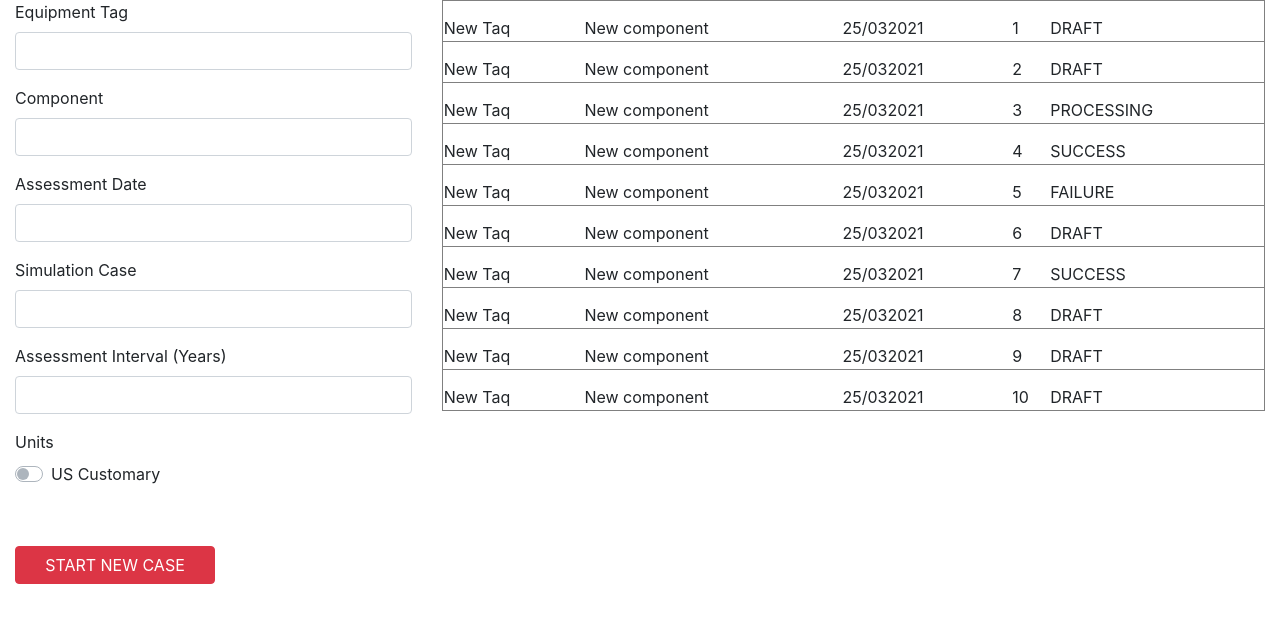
Repository: arif286/dashboard
Page: /
These files come from the project's save history. The page is drawn as it stood at one moment and after a run of saves; the edit follows.
The browser window is 1280 px wide. The pictures show the whole page.
The project was rebuilt for these pictures with package versions that can differ from the ones it lists, and the page was loaded fresh each time. The framework's server and built-in components were replaced by stand-ins that run in the browser. Also part of the build but not shown: nuxt.config.js, components/Nav.vue.

Above is the page before, as saved 2021-06-18 18:52:09.

### components/Form.vue
<template>
  <div>
    <form class="Assessment-input" action="">
      <div class="mb-3">
        <label for="Input1" class="form-label">Equipment Tag</label>
        <input id="Input1" type="text" class="form-control">
      </div>
      <div class="mb-3">
        <label for="Input2" class="form-label">Component</label>
        <input id="Input2" type="text" class="form-control">
      </div>
      <div class="mb-3">
        <label for="Input3" class="form-label">Assessment Date</label>
        <input id="Input3" type="text" class="form-control">
      </div>
      <div class="mb-3">
        <label for="Input4" class="form-label">Simulation Case</label>
        <input id="Input4" type="text" class="form-control">
      </div>
      <div class="mb-3">
        <label for="Input5" class="form-label">Assessment Interval (Years)</label>
        <input id="Input5" type="text" class="form-control">
      </div>
      <div>
        <label for="Input5" class="form-label">Units</label>
        <b-form-checkbox v-model="checked" name="check-button" switch>
          US Customary
        </b-form-checkbox>
      </div>
      <b-button class="submit-button" type="submit" variant="danger">
        START NEW CASE
      </b-button>
    </form>
  </div>
</template>
<script>
export default {
  data () {
    return {
      form: {
        email: '',
        name: '',
        food: null,
        checked: []
      },
      foods: [
        { text: 'Select One', value: null },
        'Carrots',
        'Beans',
        'Tomatoes',
        'Corn'
      ],
      show: true,
      checked: false
    }
  },
  methods: {
    onSubmit (event) {
      event.preventDefault()
      alert(JSON.stringify(this.form))
    }
  }
}
</script>
<style>
.submit-button {
  width: 200px;
  margin-top: 60px;
}
.Assessment-input input:focus {
  border-color: red;
  box-shadow: none;
}
</style>

### components/Table.vue
<template>
  <table class="w-100 table-border">
    <!-- <thead>
        <tr>
          <th className="text-secondary" scope="col">
            Name
          </th>
          <th className="text-secondary" scope="col">
            Email Id
          </th>
          <th className="text-secondary" scope="col">
            Service
          </th>
          <th className="text-secondary" scope="col">
            pay with
          </th>
          <th className="text-secondary" scope="col">
            status
          </th>
        </tr>
      </thead> -->
    <tbody>
      <tr v-for="item in data" :key="item.id">
        <td>{{ item.equipmentTag }}</td>
        <td>{{ item.component }}</td>
        <td>{{ item.assessmentDate }}</td>
        <td>{{ item.case }}</td>
        <td>{{ item.status }}</td>
      </tr>
    </tbody>
  </table>
</template>

<script>
export default {
  props: {
    data: {
      type: Array,
      required: true
    }
  }
}
</script>
<style scoped>

.table-border tr{
 border: 1px solid gray;
}
.table-border td{
  padding-top: 15px;
}
</style>

### pages/index.vue
<template>
  <div class="container">
    <div class="row">
      <div class="col-4">
        <Form />
      </div>
      <div class="col-8">
        <Table :data="dashboardData" />
      </div>
    </div>
  </div>
</template>

<script>
import { dashboardData } from '@/assets/dashboard.js'
// eslint-disable-next-line semi
export default {
  data () {
    return { dashboardData }
  }
}
</script>

<style>
.container {
  max-width: 1760px;
}
</style>

### assets/dashboard.js
export const dashboardData = [
  {
    id: 1,
    equipmentTag: 'New Taq',
    component: 'New component',
    assessmentDate: '25/032021',
    case: 1,
    status: 'DRAFT'
  },
  {
    id: 2,
    equipmentTag: 'New Taq',
    component: 'New component',
    assessmentDate: '25/032021',
    case: 2,
    status: 'DRAFT'
  },
  {
    id: 3,
    equipmentTag: 'New Taq',
    component: 'New component',
    assessmentDate: '25/032021',
    case: 3,
    status: 'PROCESSING'
  },
  {
    id: 4,
    equipmentTag: 'New Taq',
    component: 'New component',
    assessmentDate: '25/032021',
    case: 4,
    status: 'SUCCESS'
  },
  {
    id: 5,
    equipmentTag: 'New Taq',
    component: 'New component',
    assessmentDate: '25/032021',
    case: 5,
    status: 'FAILURE'
  },
  {
    id: 6,
    equipmentTag: 'New Taq',
    component: 'New component',
    assessmentDate: '25/032021',
    case: 6,
    status: 'DRAFT'
  },
  {
    id: 7,
    equipmentTag: 'New Taq',
    component: 'New component',
    assessmentDate: '25/032021',
    case: 7,
    status: 'SUCCESS'
  },
  {
    id: 8,
    equipmentTag: 'New Taq',
    component: 'New component',
    assessmentDate: '25/032021',
    case: 8,
    status: 'DRAFT'
  },
  {
    id: 9,
    equipmentTag: 'New Taq',
    component: 'New component',
    assessmentDate: '25/032021',
    case: 9,
    status: 'DRAFT'
  },
  {
    id: 10,
    equipmentTag: 'New Taq',
    component: 'New component',
    assessmentDate: '25/032021',
    case: 10,
    status: 'DRAFT'
  }
]

Loaded but not shown: layouts/default.vue (common file)

After the next 4 saves:
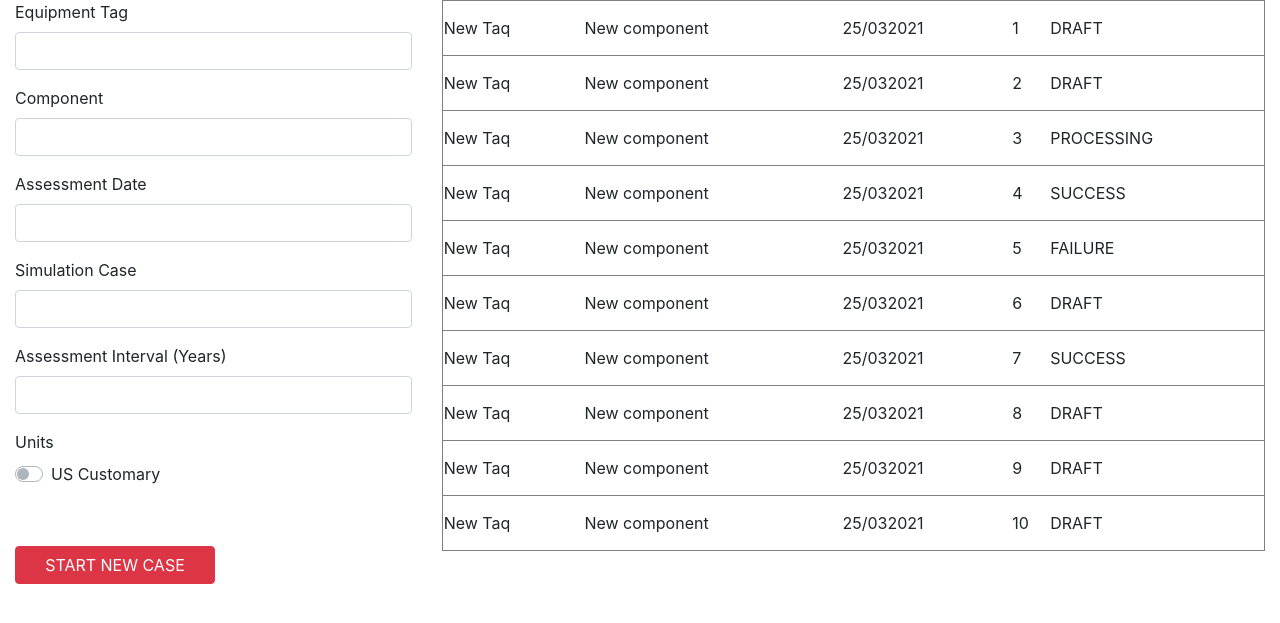
The 4 saves are shown as one change because they came seconds apart.
The last was saved 10 s later.
--- a/components/Table.vue
+++ b/components/Table.vue
@@ -48,5 +48,6 @@ export default {
 }
 .table-border td{
   padding-top: 15px;
+  padding-bottom: 15px;
 }
 </style>
